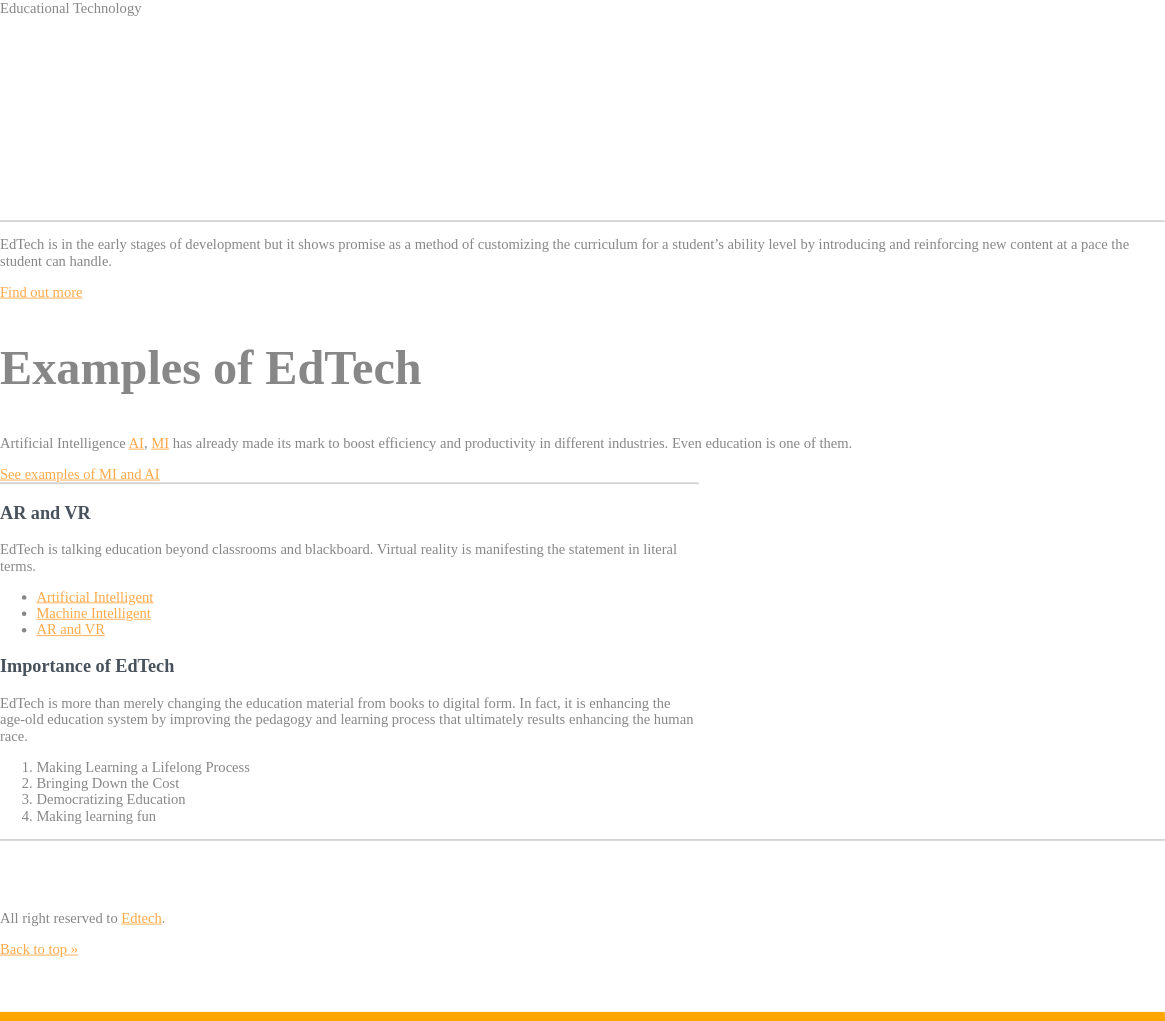
Repository: tunmishyi/edtech
Page: index.html
These files come from the project's save history. The page is drawn as it stood at one moment and after the next save; the edit follows.
The browser window is 1280 px wide. The pictures show the whole page, at 91% of full size.

Above is the page before, as saved 2020-06-09 23:03:42.

### index.html
<html>
	<head>
		<title>EdTech</title>
		<link rel="stylesheet" href="/home/peterolayinka/Documents/archive/tutorial/jumoke/css/style.css">
	</head>
	<body>
		<header id="top" class="main-header">
			<span class"title">Educational Technology</span>
			<h1>EdTech, The life of Education</h1>
		</header>

		<div class="primary-content, t-border">
			<p>
					EdTech is in the early stages of development but it shows promise as a method of customizing the curriculum for a student’s ability level by introducing and reinforcing new content at a pace the student can handle.
			</p>
			<a href="#more">Find out more</a>
			<h2>Examples of EdTech</h2>
			<p>
				Artificial Intelligence <a href="#">AI</a>, <a href="#">MI</a> has already made its mark to boost efficiency and productivity in different industries. Even education is one of them.
			</p>
			<a href="#" class="callout">See examples of MI and AI</a>
		</div>

		<div class="secondary-content t-border">
			<h3>AR and VR</h3>
				<p>
					EdTech is talking education beyond classrooms and blackboard. Virtual reality is manifesting the statement in literal terms.
				</p>
				<ul>
					<li><a href="#">Artificial Intelligent</a></li>
					<li><a href="#">Machine Intelligent</a></li>
					<li><a href="#">AR and VR</a></li>
				</ul>
				<h3>Importance of EdTech</h3>
				<p>
					EdTech is more than merely changing the education material from books to digital form. In fact, it is enhancing the age-old education system by improving the pedagogy and learning process that ultimately results enhancing the human race.
				</p>
				<ol>
					<li>Making Learning a Lifelong Process</li>
					<li>Bringing Down the Cost</li>
					<li>Democratizing Education</li>
					<li>Making learning fun</li>
				</ol>
			</div>

			<footer id="main-footer" class="t-border">
				<p>All right reserved to <a href="#">Edtech</a>.</p>
				<a href="#top">Back to top &raquo;</a>
			</footer>
	</body>
</html>

### style.css
/*Type Selectors */

body {
   color: #878787;
   margin: 0;
   font-size: 1em;
}

h1 {
    font-size: 5.625rem; /* 90px/16px */
    color: white;
    }

    h2 {
        font-size: 53px;
    }

    h3 {
        font-size: 20px;
        color: #48525c;
    }

    /* Pseudo Classes-------- */

    a:link {
        color: #ffa949;
    }

    a:visited {
        color: lightblue;
    }

    a:hover {
        color: forestgreen;
    }

    a:active {
        color: lightcoral;
    }

    /*ID Selectors */

    #main-footer {
        padding-top: 60px;
        padding-bottom: 60px;
        border-bottom: solid 10px orange;
    }

    /*Class Selectors */

    .main-header {
        background-color: #fff;
       }

    .title {
        color: white;
        font-size: 1.625rem; /* 26px/16px  */
    }

    .primary-content,
    .secondary-content {
        width: 60%;
    }
    .primary-content {
        text-align: center;
    }

    .t-border {
        border-top: 2px solid lightgrey;
    }

After the next save:
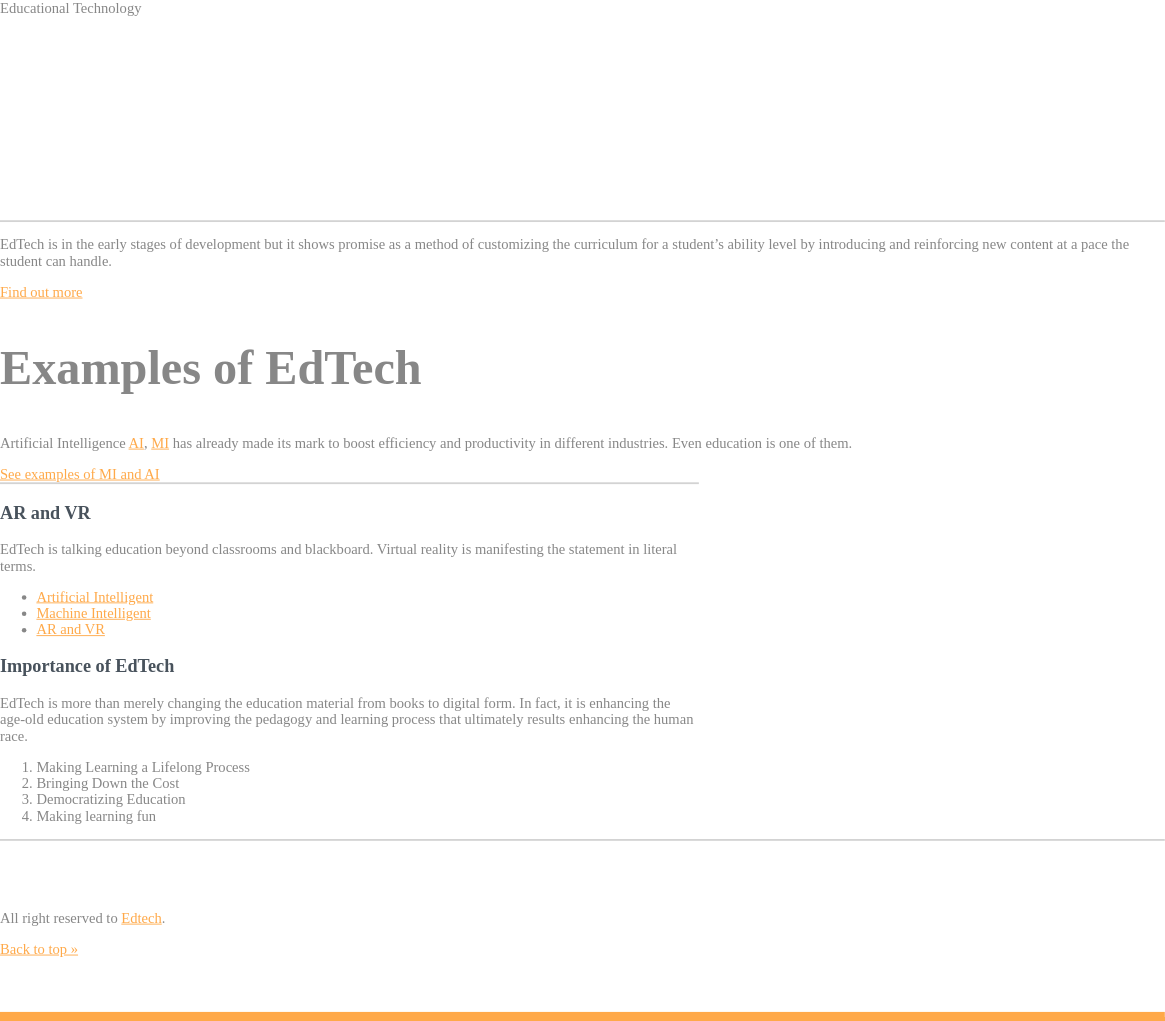
Saved 86 s later.
--- a/style.css
+++ b/style.css
@@ -43,7 +43,7 @@ h1 {
     #main-footer {
         padding-top: 60px;
         padding-bottom: 60px;
-        border-bottom: solid 10px orange;
+        border-bottom: solid 10px #ffa949;
     }
 
     /*Class Selectors */
